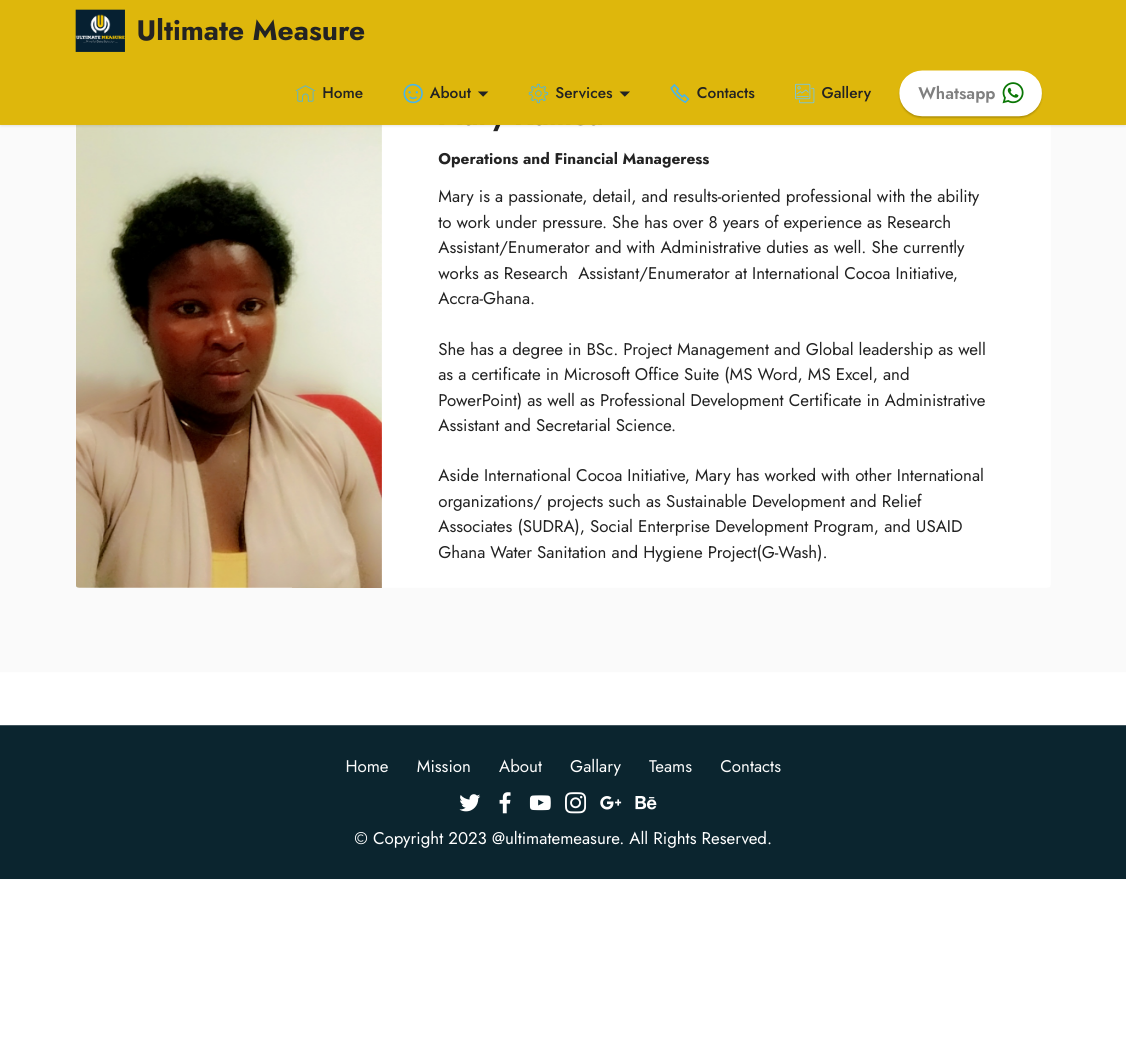
Repository: Saviour-Dagadu/ultMeasure
Page: page5.html
An editor plug-in stored every save of this project. The page is shown before and after a run of saves, followed by the edit.
The browser window is 1280 px wide. The pictures show the whole page, at 88% of full size.

Above is the page before, as saved 2023-07-19 03:21:29.

After the next 3 saves:
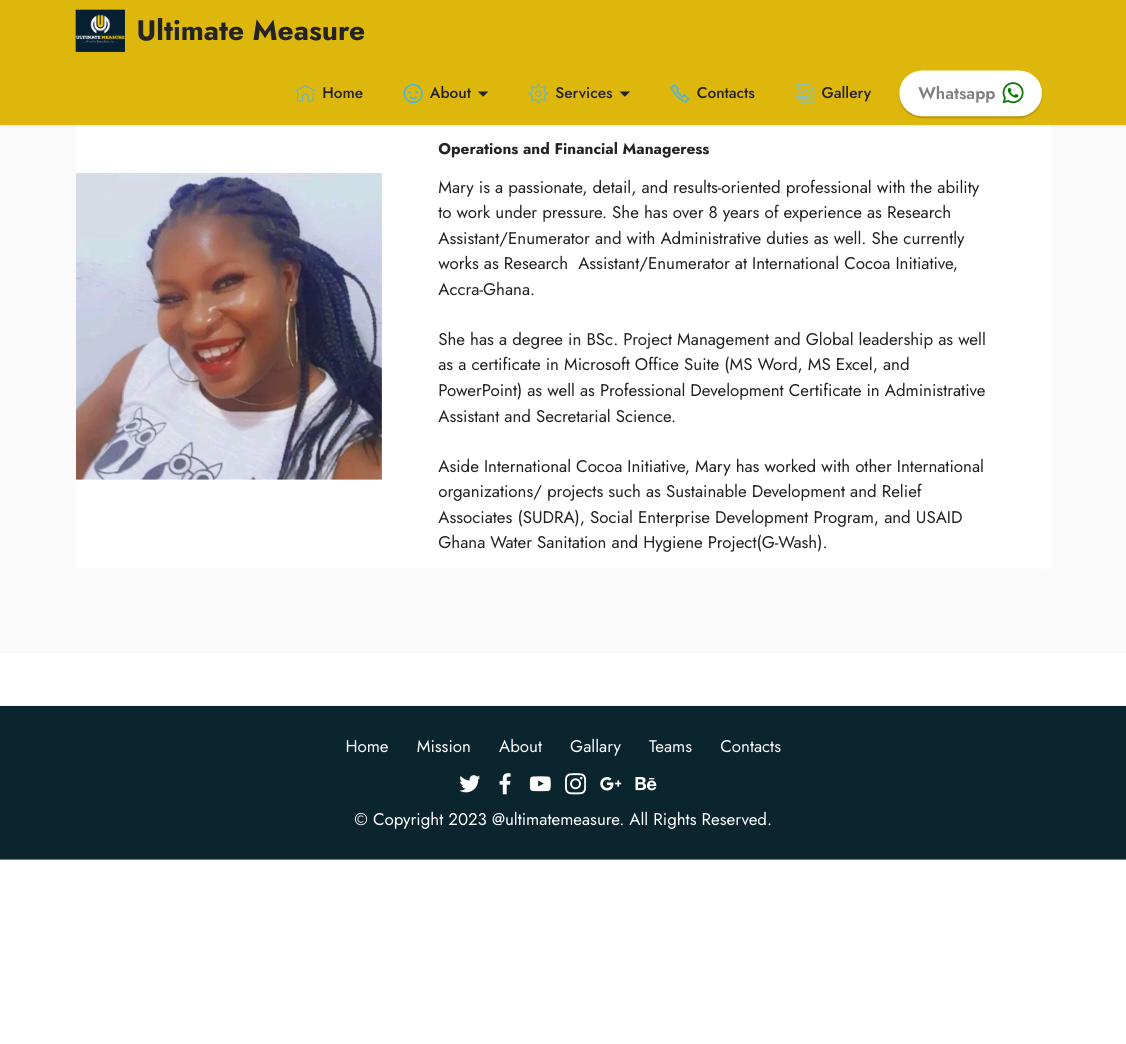
The 3 saves are shown as one change because they came seconds apart.
The last was saved 2 min 37 s later.
--- a/page5.html
+++ b/page5.html
@@ -45,7 +45,7 @@
                 <div class="row align-items-center">
                     <div class="col-12 col-md-4">
                         <div class="image-wrapper">
-                            <img src="assets/images/MaryUltimate.jpeg" alt="Mobirise Website Builder">
+                            <img src="assets/images/21c33b11-4f26-42b3-be18-20bef8bdf8b3.jpg" alt="Mobirise Website Builder">
                         </div>
                     </div>
                     <div class="col-12 col-md">
